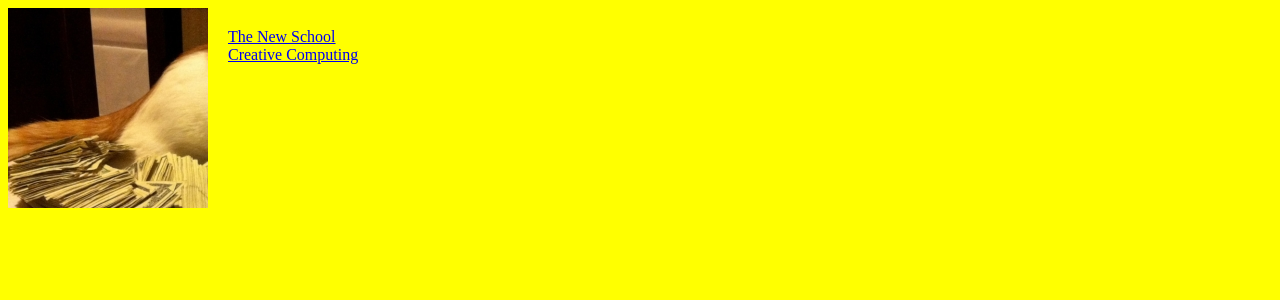
Repository: Djiun/djiun.github.io
Page: index.html
The author's editor kept a record of every edit. The page is drawn from the files as they stood at one moment, then again after the next edit.
The browser window is 1280 px wide. The pictures show the whole page.

Above is the page before.

### index.html
<html>
	<head>
		<title>Hello, world.</title>
		<link href="column.css" rel="stylesheet">
	</head>

	<body>

<div class="wrapper">
		<div class= "column">


		<a href="http://newschool.edu">The New School</a>

		<a href="http://creativecomputing.me">Creative Computing</a>

	</div>

	<div class="one">


	</div>
	<div class="sprite"></div>


</div>
	</body>
</html>

### column.css
body {
        background-color: yellow;
}

.canvas {
    width: 300px;
    height: 600px;
    background-color: black;
}

.box {
    width: 20px;
    height: 100px;
    background-color: yellow;
    position: absolute;
    top: 40px;
    right: 20px;
}

.circle {
    width: 100px;
    height: 100px;
    border-radius: 100%;
    background-color: red;
    position: absolute;
    top: 100px;
    left: 200px;
}

.sprite {
        width: 200px;
        height: 200px;
        background-image: url(cashcat.jpg);
        background-repeat: no-repeat;
        display: block;
        text-indent: 100%;
        white-space: nowrap;
}

.sprite:hover {
        background-position: -200px 0;
}

.sprite:active {
        background-position: -400px;
}

.wrapper {
        width: 400px;
}

.column {
    width: 160px;
    padding: 20px;
    float: right;
}

After the next edit:
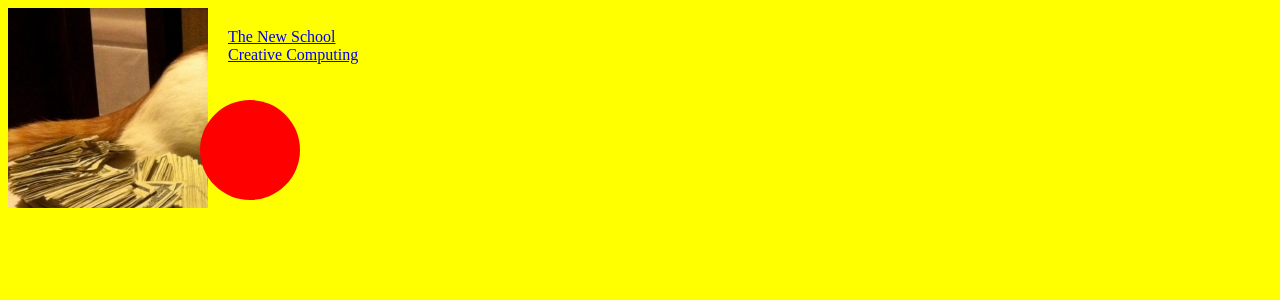
The edit:
--- a/index.html
+++ b/index.html
@@ -15,11 +15,9 @@
 		<a href="http://creativecomputing.me">Creative Computing</a>
 
 	</div>
+	<div class="circle"></div>
 
-	<div class="one">
-
-
-	</div>
+	<div class="one"></div>
 	<div class="sprite"></div>
 
 
